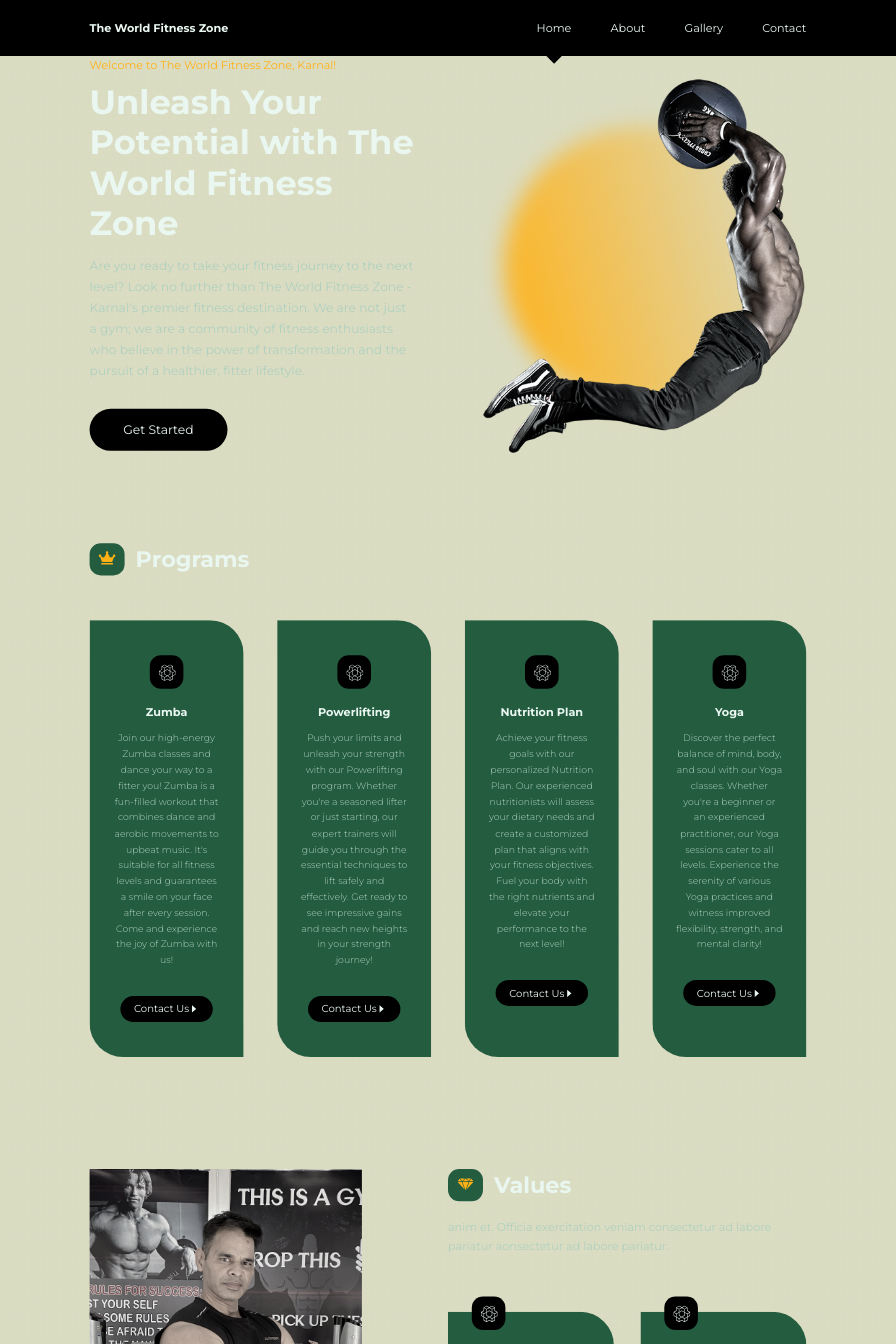
Repository: aryaMode/gym-portfolio
Page: /
The author's editor kept a copy of each file at every save. The page is drawn from the files as they stood at one save, then again after the next save.
The browser window is 1280 px wide. The pictures show the part of the page from y = 0 to 1920 px (the page is 4873 px tall), at 70% of full size.
The project was rebuilt for these pictures with package versions that can differ from the ones it lists, and the page was loaded fresh each time. Also part of the build but not shown: src/pages/about/about.css, src/components/Header.jsx, src/pages/about/About.jsx, src/pages/contact/contact.css, src/pages/contact/Contact.jsx, src/pages/gallery/gallery.css, src/pages/gallery/Gallery.jsx, src/pages/notFound/notFound.css and 6 more.

Above is the page before, as saved 2023-07-20 17:36:56.

### public/index.html
<!DOCTYPE html>
<html lang="en">

<head>
    <meta charset="UTF-8">
    <meta http-equiv="X-UA-Compatible" content="IE=edge">
    <meta name="viewport" content="width=device-width, initial-scale=1.0">
    <title>Portfolio Website</title>
    <!-- GOOGLE FONTS (montserrat) -->
    <link href="https://fonts.googleapis.com/css2?family=Montserrat:wght@300;400;500;600;700&display=swap"
        rel="stylesheet">
</head>

<body>
    <div id="root"></div>
</body>

</html>

### src/App.jsx
// rafce -> shortcut to create component and export
import { BrowserRouter, Routes, Route } from "react-router-dom";
import React from "react";
import Home from "./pages/home/Home";
import About from "./pages/about/About";
import Contact from "./pages/contact/Contact";
import Gallery from "./pages/gallery/Gallery";
import NotFound from "./pages/notFound/NotFound";
import Plans from "./pages/plans/Plans";
import Trainers from "./pages/trainers/Trainers";
import Navbar from "./components/Navbar";
import Footer from "./components/Footer";

const App = () => {
	return (
		<BrowserRouter>
			<Navbar />
			<Routes>
				<Route index element={<Home />} />
				<Route path="about" element={<About />} />
				<Route path="contact" element={<Contact />} />
				<Route path="gallery" element={<Gallery />} />
				<Route path="plans" element={<Plans />} />
				<Route path="trainers" element={<Trainers />} />
				<Route path="*" element={<NotFound />} />
			</Routes>
			<Footer />
		</BrowserRouter>
	);
};

export default App;

### src/index.css
 *, *::before, *::after{
    margin: 0;
    padding: 0;
    border: 0;
    outline: 0;
    list-style: none;
    text-decoration: none;
    box-sizing: border-box;
 }

 /* CSS Global variable starts with :root {...} check w3school docs for more  info */
 :root{
    --primary-hue: 210;
    --gray-hue: 150;
    /* hsl (hue, saturation, lightness) */
    --color-primary: black;
    --color-primary-variant: hsl(var(--primary-hue), 100%, 65%);
    --color-secondary: #ffb116;
    --color-gray-100: hsl(var(--gray-hue), 47%, 94%); /*almost white colour lightness is almost 100%*/
    --color-gray-200: hsl(var(--gray-hue), 26%, 75%);
    --color-gray-300: hsl(var(--gray-hue), 24%, 64%);
    --color-gray-400: hsl(var(--gray-hue), 16%, 41%);
    --color-gray-500: hsl(var(--gray-hue), 44%, 25%);
    --color-gray-600: hsl(var(--gray-hue), 48%, 15%);

    --container-width-lg: 80%;
    --container-width-md: 90%;

    --transition: all 500ms ease; /* make sure all transition have a constant effect*/
 }

  /******************** GENERAL STYLES ********************/
  body{
    font-family: "Montserrat", sans-serif;
    color: var(--color-gray-200);
    line-height: 1.7;
    overflow-x: hidden;
    background: rgb(218, 220, 194) url(./images/bg_texture.png);
  }

  .container{
    width: var(--container-width-lg);
    max-width: 1920px;
    margin-inline: auto;
  }

  h1, h2, h3, h4, h5 {
    line-height: 1.2;
    color: var(--color-gray-100);
  }

  h1 {
    font-size: 3rem;
  }

  h2 {
    font-size: 2rem ;
  }

  a {
    color: var(--color-gray-100);
  }

  img{
    display: block;
    object-fit: cover;
    width: 100%;
}

.btn {
    color: var(--color-gray-100);
    width: fit-content;
    margin: 0 auto;
    padding: 0.9rem 2rem;
    background: var(--color-primary);
    border-radius: 1.5rem;
    transition: var(--transition);
}

.btn:hover {
    background: var(--color-secondary);
    color: var(--color-gray-600);
}

.btn.lg {
    padding: 1.2rem 3rem;
    border-radius: 2rem;
    font-size: 1.1rem;
}

.btn.sm {
    padding: 0.4rem 1.2rem;
    font-size: 0.9rem;
}

.btn.sm:hover {
    background: var(--color-gray-100);
}

/******************** SECTION REUSABLE STYLES ********************/
section {
    margin-top: 10rem;
}

.section__head {
    display: flex;
    align-items: center;
    gap: 1rem;
}

.section__head span {
    background: var(--color-gray-500);
    padding: 0.3rem 0.8rem 0;
    border-radius: 1rem;
    color: var(--color-secondary);
    font-size: 1.5rem;
}

.card {
    background: var(--color-gray-500);
    border: 2px solid transparent;
    text-align: center;
    padding: 3rem 2rem;
    border-radius: 0 3rem 0 3rem;
    transition: var(--transition);
}

.card:hover {
    background: transparent;
    border-color: var(--color-gray-400);
    cursor: default;
}

.card span {
    width: 3rem;
    height: 3rem;
    background: var(--color-primary);
    color: var(--color-gray-100);
    font-size: 1.5rem;
    padding: 0.8rem;
    display: grid;
    place-items: center;
    margin-bottom: 1.5rem;
    margin-inline: auto;
    border-radius: 1rem;
    transition: var(--transition);
}

.card:hover span {
    background: var(--color-secondary);
    color: var(--color-gray-500)
}

.card small {
    margin-top: 1rem;
    display: block;
    font-weight: 300;
}

.header {
    margin-top: 5rem;
    height: 20rem;
    overflow: hidden;
    border-bottom: 2px solid var(--color-gray-400);
}

.header__container {
    width: 100%;
    height: 100%;
    position: relative;
    display: grid;
    place-items: center;
    background: #0000;
}

.header__container-lg {
    position: absolute;
    width: 100%;
}

.header__container-lg img {
    opacity: 0.5;
}

.header__content {
    position: relative;
    width: 44%;
    margin: 0 auto;
    text-align: center;
    color: var(--color-gray-100);
}

.header__content h2 {
    margin-bottom: 1rem;
}

.header__content p {
    color: rgba(255, 255, 255, 0.7, green, blue, alpha);
}






/******************** MEADIA QUERIES (medium screens) ********************/
@media screen and (max-width: 1024px) {
    .container {
        width: var(--container-width-md);
    }

    h1 {
        font-size: 2rem;
    }

    h2 {
        font-size: 1.6rem;
    }

    .header__content {
        width: 76%;
    }
}

/******************** MEADIA QUERIES (small screens) ********************/
@media screen and (max-width: 600px) {
    h1 {
        font-size: 2.2rem;
        line-height: 1.3;
    }

    section {
        margin-top: 7rem;
    }

    .header {
        height: fit-content;
    }

    .header__content {
        width: var(--container-width-md);
        padding: 3rem 0;
    }

    .header__content p {
        font-size: 0.85rem;
    }
}

### src/pages/home/Home.jsx
import React from "react";
import "./home.css";
import MainHeader from "../../components/MainHeader";
import Program from "../../components/Program";
import Values from "../../components/Values";
import FAQs from "../../components/FAQs";
import Testimonial from "../../components/Testimonial";
// import Footer from "../../components/Footer";

const Home = () => {
	return (
		<>
			<MainHeader />
			<Program />
			<Values />
			<FAQs />
			<Testimonial />
			{/* <Footer /> comment this out so footer wount be double */}
		</>
	);
};

export default Home;

### src/components/Navbar.jsx
import { useState } from "react";
import {logoName} from "../data";
import { Link, NavLink } from "react-router-dom";
// NavLink comes with an isactive prop which we can use to detect which page we on
// so we can have a special style for that link
import React from "react";
import Logo from "../images/logo.png";
import { links } from "../data";
import { GoThreeBars } from "react-icons/go";
import { MdOutlineClose } from "react-icons/md";
import "./navbar.css";

const Navbar = () => {
	const [isNavShowing, setIsNavShowing] = useState(false);

	const handleNavToggle = () => {
		return setIsNavShowing((prevVAlue) => {
			return !prevVAlue;
		});
	};

	return (
		<nav>
			<div className="container nav__container">
				<Link to="/" className="logo" onClick={handleNavToggle}>
					{/* <img src={Logo} alt="Nav-logo" /> */}
					<div>{logoName}</div>
				</Link>
				<ul
					className={`nav__links ${isNavShowing ? "show__nav" : "hide__nav"}`}
				>
					{/* Destructure the links array of object from the links to get each item */}
					{links.map(({ name, path }, index) => {
						return (
							<li key={index}>
								<NavLink
									to={path}
									className={({ isActive }) => (isActive ? "active-nav" : "")}
									onClick={handleNavToggle}
								>
									{name}
								</NavLink>
							</li>
						);
					})}
				</ul>
				<button onClick={handleNavToggle} className="nav__toggle-btn">
					{isNavShowing ? <MdOutlineClose /> : <GoThreeBars />}
				</button>
			</div>
		</nav>
	);
};

export default Navbar;

// export PATH=$PATH:/home/daveworld/bin

### src/components/Footer.jsx
import React from "react";
import { Link } from "react-router-dom";
import {logoName} from "../data";
import Logo from "../images/logo.png";
import { FaYoutube } from "react-icons/fa";
import { FaFacebookF } from "react-icons/fa";
import { AiOutlineTwitter } from "react-icons/ai";
import { AiFillInstagram } from "react-icons/ai";

const Footer = () => {
	return (
		<footer>
			<div className="container footer__container">
				<article>
					<Link to="/" className="logo">
						{/* <img src={Logo} alt="Footer Logo" /> */}
					{logoName}
					</Link>
					<p>
						Consectetur non nostrud enim nostrud est culpa ullamco incididunt
						nisi. Consectetur non nostrud enim nostrud est culpa ullamco
						incididunt nisi.
					</p>
					<div className="footer__socials">
						<a
							href="https://youtube.com/@Thesandeep325"
							target="_blank"
							rel="noreferrer noopener"
						>
							<FaYoutube />
						</a>
						<a
							href="https://www.facebook.com/profile.php?id=100000823973714&mibextid=LQQJ4d"
							target="_blank"
							rel="noreferrer noopener"
						>
							<FaFacebookF />
						</a>

						<a
							href="https://instagram.com/the_world_fitness_zone_?igshid=MzRlODBiNWFlZA=="
							target="_blank"
							rel="noreferrer noopener"
						>
							<AiFillInstagram />
						</a>
					</div>
				</article>
				<article>
					<h4>Permalinks</h4>
					<Link to="/about">About</Link>
					<Link to="/plans">Plans</Link>
					<Link to="/trainers">Trainers</Link>
					<Link to="/gallery">Gallery</Link>
					<Link to="/contact">Contact</Link>
				</article>
				<article>
					<h4>Insights</h4>
					<Link to="/s">Blog</Link>
					<Link to="/s">Case Studies</Link>
					<Link to="/s">Events</Link>
					<Link to="/s">Communities</Link>
					<Link to="/constact">FAQs</Link>
				</article>
				<article>
					<h4>Get In Touch</h4>
					<Link to="/contact">Plans</Link>
					<Link to="/s">Trainers</Link>
				</article>
			</div>
			<br />
			<br />
			<br />
			<br />
		</footer>
	);
};

export default Footer;

### src/components/MainHeader.jsx
import React from "react";
import { Link } from "react-router-dom";
import Image from "../images/main_header.png";

const MainHeader = () => {
	return (
		<header className="main__header">
			<div className="container main__header-container">
				<div className="main__header-left">
					<h4>Welcome to The World Fitness Zone, Karnal!</h4>
					<h1>Unleash Your Potential with The World Fitness Zone

</h1>
					<p>
					Are you ready to take your fitness journey to the next level? Look no further than The World Fitness Zone - Karnal's premier fitness destination. We are not just a gym; we are a community of fitness enthusiasts who believe in the power of transformation and the pursuit of a healthier, fitter lifestyle.
					</p>
					<Link to="/contact" className="btn lg">
						Get Started
					</Link>
				</div>
				<div className="main__header-right">
					<div className="main__header-circle"></div>
					<div className="main__header-image">
						<img src={Image} alt="MainHeaderImage" />
					</div>
				</div>
			</div>
		</header>
	);
};

export default MainHeader;

### src/components/Program.jsx
import React from "react";
import { FaCrown } from "react-icons/fa";
import SectionHead from "./SectionHead";
import { programs } from "../data";
import Card from "../UI/Card";
import { Link } from "react-router-dom";
import { AiFillCaretRight } from "react-icons/ai";

const Program = () => {
	return (
		<section className="programs">
			<div className="container programs container">
				<SectionHead icon={<FaCrown />} title="Programs" />

				<div className="program__wrapper">
					{programs.map(({ id, icon, title, info, path }) => {
						return (
							<Card className="programs__program" key={id}>
								<span>{icon}</span>
								<h4>{title}</h4>
								<small>{info}</small>
								<Link to={path} className="btn sm">
									Contact Us <AiFillCaretRight />
								</Link>
							</Card>
						);
					})}
				</div>
			</div>
		</section>
	);
};

export default Program;

### src/components/Values.jsx
import React from "react";
import Image from "../images/values.jpg";
import SectionHead from "./SectionHead";
import { GiCutDiamond } from "react-icons/gi";
import { values } from "../data";
import Card from "../UI/Card";

const Values = () => {
	return (
		<section className="values">
			<div className="container values__container">
				<div className="values__left">
					<div className="values__image">
						<img src={Image} alt="values Image" />
					</div>
				</div>
				<div className="values__right">
					<SectionHead icon={<GiCutDiamond />} title="Values" />
					<p>
						anim et. Officia exercitation veniam consectetur ad labore pariatur
						aonsectetur ad labore pariatur.
					</p>
					<div className="values__wrapper">
						{values.map(({ id, icon, title, desc }) => {
							return (
								<Card className="values__value" key={id}>
									<span>{icon}</span>
									<h4>{title}</h4>
									<small>{desc}</small>
								</Card>
							);
						})}
					</div>
				</div>
			</div>
		</section>
	);
};

export default Values;

### src/components/FAQs.jsx
import React from "react";
import { FaQuestion } from "react-icons/fa";
import { faqs } from "../data";
import FAQ from "./FAQ";
import SectionHead from "./SectionHead";
const FAQs = () => {
	return (
		<section className="faqs">
			<div className="container faqs__container">
				<SectionHead icon={<FaQuestion />} title="FAQs" />
				<div className="faqs__wrapper">
					{faqs.map(({ id, question, answer }) => {
						return <FAQ key={id} question={question} answer={answer} />;
					})}
				</div>
			</div>
		</section>
	);
};

export default FAQs;

### src/components/Testimonial.jsx
import React, { useState } from "react";
import SectionHead from "./SectionHead";
import { ImQuotesLeft } from "react-icons/im";
import Card from "../UI/Card";
import {
	IoIosArrowDropleftCircle,
	IoIosArrowDroprightCircle,
} from "react-icons/io";
import { testimonials } from "../data";

const Testimonial = () => {
	const [index, setIndex] = useState(0);
	const { name, quote, job, avatar } = testimonials[index];

	const handlePreviousTestimonial = () => {
		setIndex((prevValue) => {
			return prevValue - 1;
		});
		if (index <= 0) {
			setIndex(testimonials.length - 1);
		}
	};
	const handleAfterTestimonial = () => {
		setIndex((prevValue) => {
			return prevValue + 1;
		});
		if (index >= testimonials.length - 1) {
			setIndex(0);
		}
	};

	return (
		<section className="testimonials">
			<div className="container testimonial__container">
				<SectionHead
					icon={<ImQuotesLeft />}
					title="Testimonials"
					className="testimonials__head"
				/>
				<Card className="testimonial">
					<div className="testimonial__avatar">
						<img src={avatar} alt={name} />
					</div>
					<p className="testimonial__quote">{`"${quote}"`}</p>
					<h5>{name}</h5>
					<small className="testimonial__title">{job}</small>
				</Card>
				<div className="testimonial__btn-container">
					<button
						className="testimonials__btn"
						onClick={handlePreviousTestimonial}
					>
						<IoIosArrowDropleftCircle />
					</button>
					<button
						className="testimonials__btn"
						onClick={handleAfterTestimonial}
					>
						<IoIosArrowDroprightCircle />
					</button>
				</div>
			</div>
		</section>
	);
};

export default Testimonial;

### src/UI/Card.jsx
import React from "react";

const Card = ({ className, children }) => {
	return <article className={`card ${className}`}>{children}</article>;
};

export default Card;

### src/components/navbar.css
nav{
    height: 5rem;
    width: 100vw; /*100% of the window/browser*/
    background: var(--color-primary);
    display: grid;
    place-items: center;
    position: fixed; /*commnt this to see hiden layers*/
    top: 0;
    left: 0;
    z-index: 99; /* makes sure it sit on all items*/
}

/* Only show on medium and small screens */
.nav__toggle-btn {
    display: none;
}

.nav__container {
    height: 100%;

    display: flex;
    justify-content: space-between;
    align-items: center;
    position: relative;
}

.logo{
    width: 50vw;
    font-size: 1rem;
    font-weight: bold;
    margin-right: 50px;
    display: flex;
}

.nav__links{
    display: flex;
    gap: 3.5rem;
    align-items: center;
}

.nav__links a {
    transition: var(--transition);
}

.nav__links a:hover {
    color: var(--color-secondary);
}

.active-nav {
    position: relative;
}

.active-nav::after{
    content: "";
    display: block;
    width: 1.2rem;
    height: 1.2rem;
    background-color: var(--color-primary);
    position: absolute;
    left: calc(50% - 0.6rem);
    transform: rotate(45deg);
    margin-top: 0.9rem;
}

 /******************** MEDIA QUERIES (mesium and small screens) ********************/
 @media screen and (max-width: 1024px) {
    .nav__toggle-btn {
        display: inline-block;
        background: transparent;
        font-size: 1.8rem;
        cursor: pointer;
    }

    .nav__toggle-btn svg{
        color: var(--color-gray-100);
    }

    .nav__links {
        position: absolute;
        top: 100%;
        right: 0;
        flex-direction: column;
        gap: 0;
        perspective: 400px;
    }

    .active-nav {
        display: none;
    }

    .active-nav, .active-nav::after{
        display: none;
    }

    .nav__links li {
        height: 4rem;
        width: 100%;
        box-shadow: -2rem 2rem 5rem rgba(0, 0, 0, 0.5);
        animation: navAnimation 600ms ease forwards;
        transform: rotateX(90deg);
        opacity: 0;
        transform-origin: top;
    }

    .nav__links li:nth-child(2) {
        animation-delay: 200ms;
    }
    .nav__links li:nth-child(3) {
        animation-delay: 400ms;
    }
    .nav__links li:nth-child(4) {
        animation-delay: 600ms;
    }
    .nav__links li:nth-child(5) {
        animation-delay: 800ms;
    }
    .nav__links li:nth-child(6) {
        animation-delay: 1s;
    }
    .nav__links li:nth-child(7) {
        animation-delay: 1.2s;
    }

    @keyframes navAnimation {
        to {
            transform: rotateX(0);
            opacity: 1;
        }
    }

    .nav__links li a {
        background-color: var(--color-primary);
        height: 100%;
        width: 100%;
        display: flex;
        align-items: center;
        padding: 1rem 5rem 1rem 3rem;
    }

    .show__nav {
        display: flex;
    }

    .hide__nav {
        display: none;
    }

 }

### src/components/SectionHead.jsx
import React from "react";

// A reuseable component for each section name
const SectionHead = ({ icon, title, className }) => {
	return (
		<div className={`section__head ${className}`}>
			<span>{icon}</span>
			<h2>{title}</h2>
		</div>
	);
};

export default SectionHead;

### src/components/FAQ.jsx
import React, { useState } from "react";
import { AiOutlinePlus } from "react-icons/ai";
import { AiOutlineMinus } from "react-icons/ai";

const FAQ = ({ question, answer }) => {
	const [isAnswerShowing, setIsAnswerShowing] = useState(false);

	const handleFAQ = () => {
		return setIsAnswerShowing((prevValue) => {
			return !prevValue;
		});
	};

	return (
		<article className="faq" onClick={handleFAQ}>
			<div>
				<h4>{question}</h4>
				<button className="faq__icon">
					{isAnswerShowing ? <AiOutlineMinus /> : <AiOutlinePlus />}
				</button>
			</div>
			{isAnswerShowing && <p>{answer}</p>}
		</article>
	);
};

export default FAQ;

Loaded but not shown: src/index.js (common file); src/data.js (331 lines, source omitted); src/pages/home/home.css (412 lines, source omitted)

After the next save:
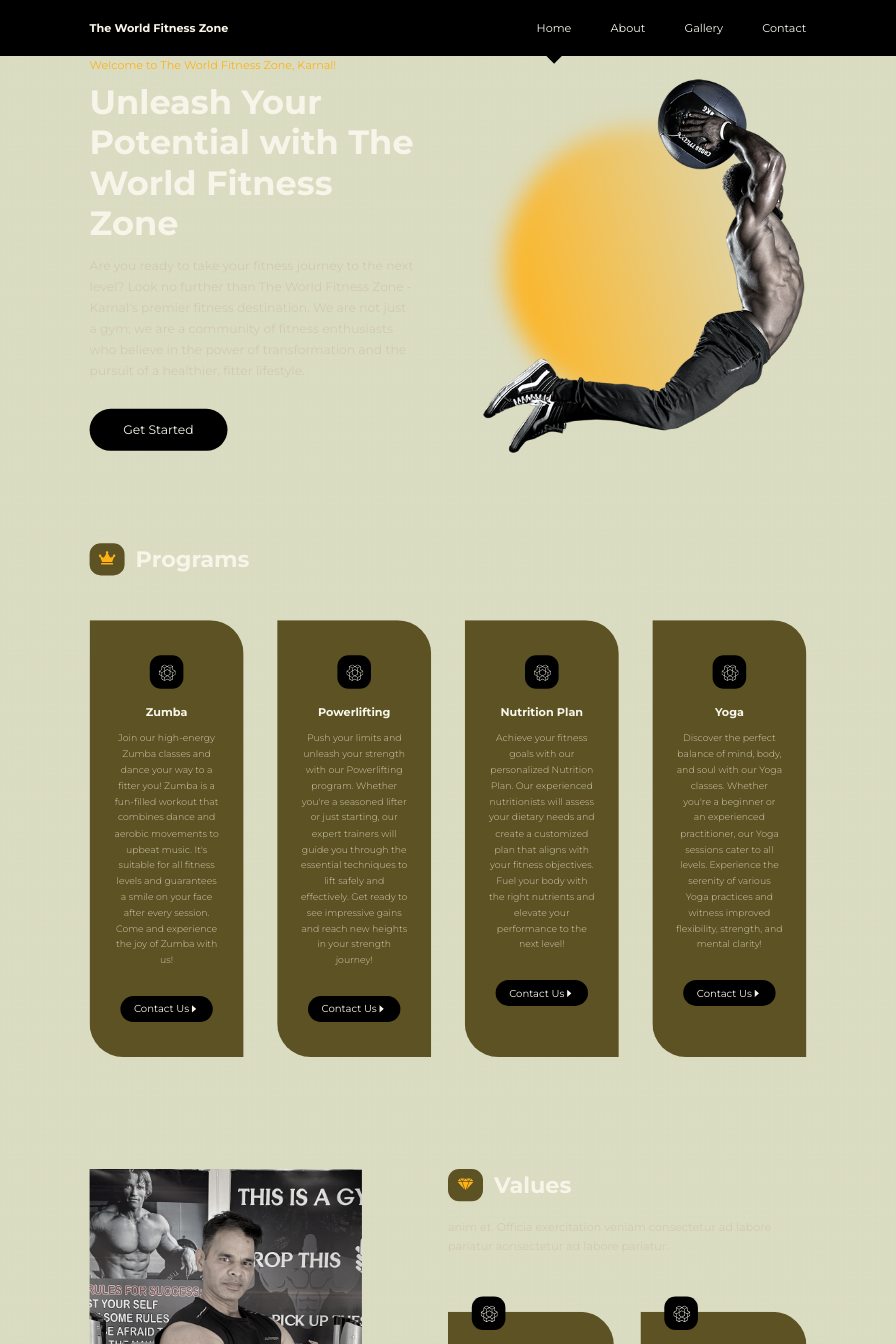
Saved 10 s later.
--- a/src/index.css
+++ b/src/index.css
@@ -11,7 +11,7 @@
  /* CSS Global variable starts with :root {...} check w3school docs for more  info */
  :root{
     --primary-hue: 210;
-    --gray-hue: 150;
+    --gray-hue: 50;
     /* hsl (hue, saturation, lightness) */
     --color-primary: black;
     --color-primary-variant: hsl(var(--primary-hue), 100%, 65%);
